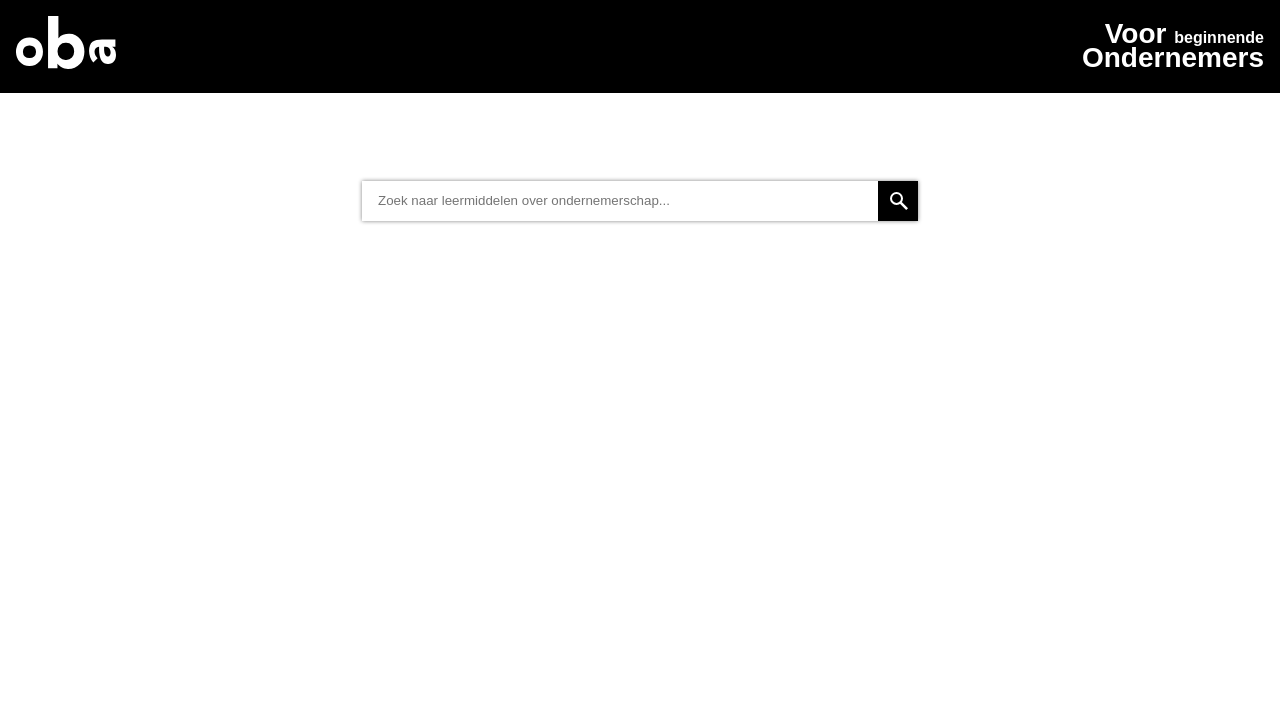
Repository: juliandecloe/OBA-voor-beginnende-ondernemers
Page: index.html
The author's editor kept a copy of each file at every save. The page is drawn from the files as they stood at one save, then again after the next save.
The browser window is 1280 px wide. The pictures show the whole page.
The page's requests for data from a server got no answer.

Above is the page before, as saved 2022-03-18 02:56:58.

After the next save:
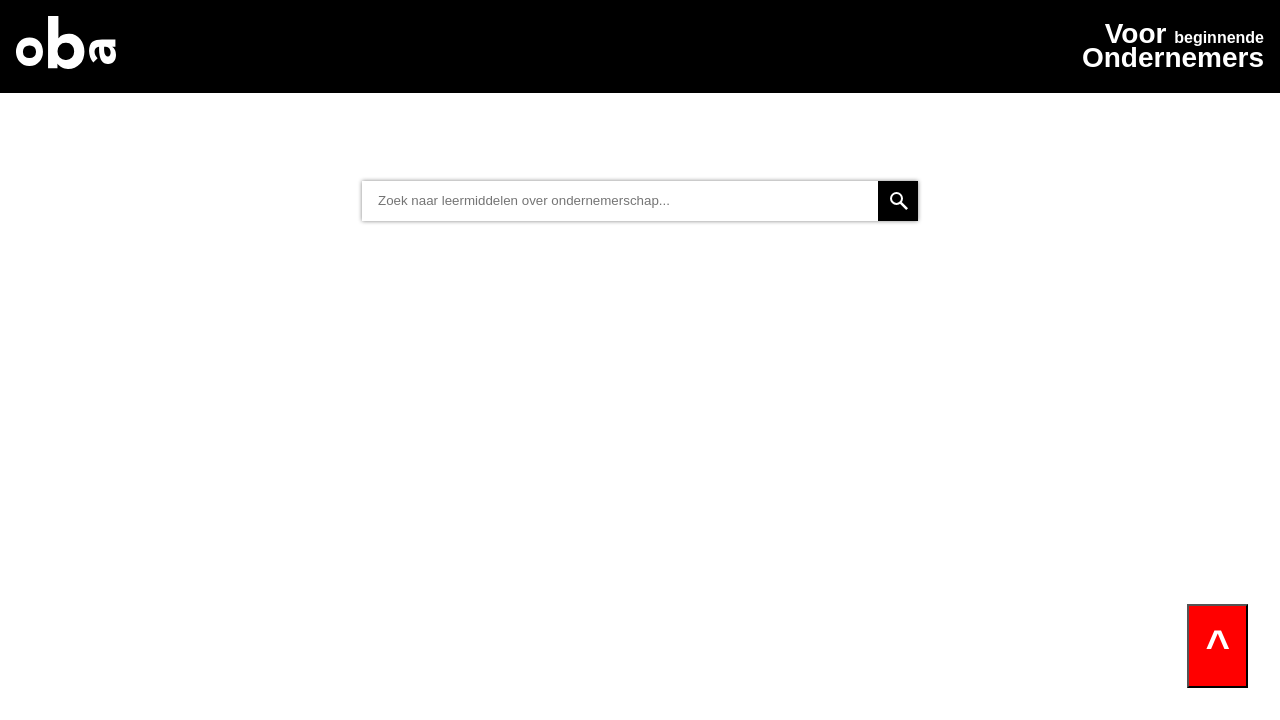
Saved 13 s later.
--- a/index.html
+++ b/index.html
@@ -38,6 +38,9 @@
         </form>
         <section></section>
     </main>
+    <footer>
+        <button>^</button>
+    </footer>
 </body>
 
 </html>
